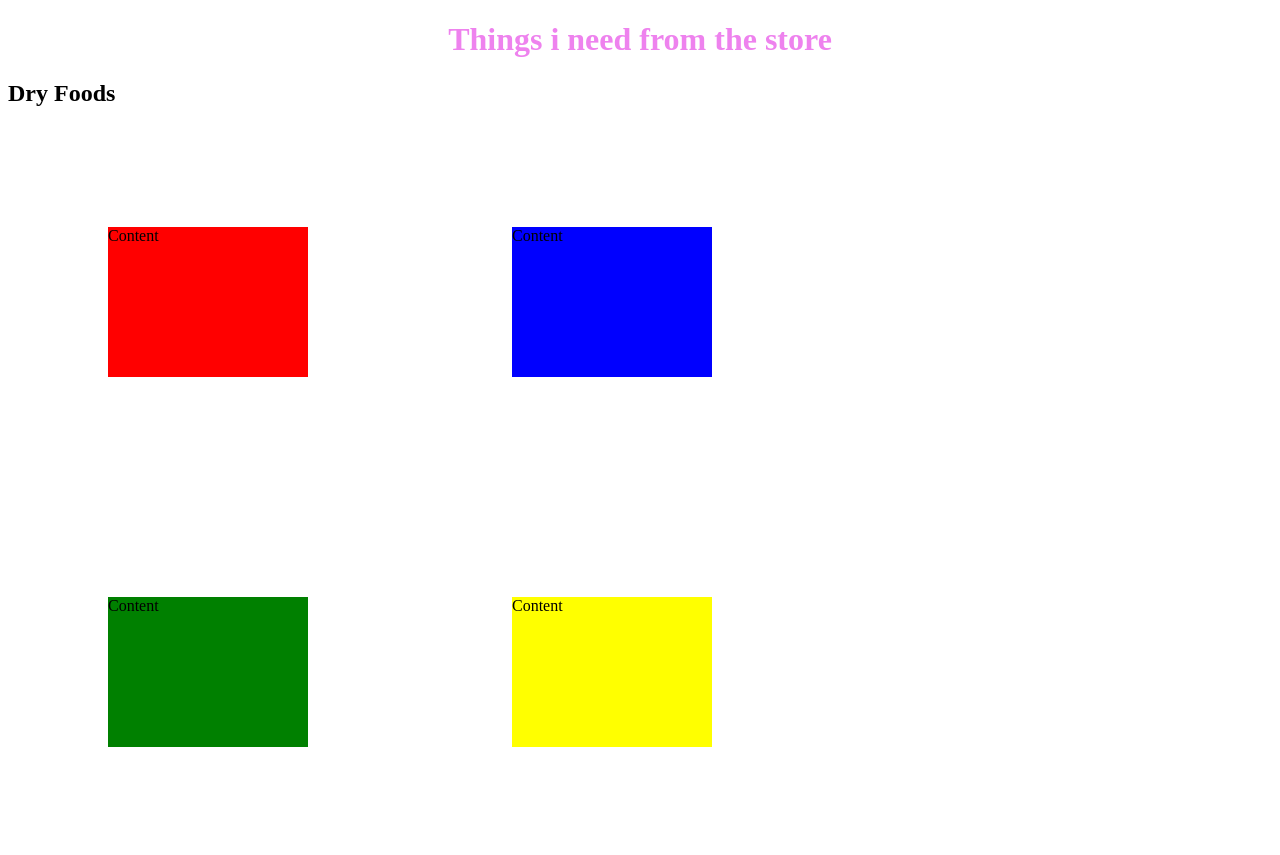
Repository: TheTroyPhillips/Block14
Page: Coursework/Block06/index.html
The author's editor kept a copy of each file at every save. The page is drawn from the files as they stood at one save, then again after a run of saves.
The browser window is 1280 px wide. The pictures show the whole page.

Above is the page before, as saved 2023-08-29 17:26:09.

After the next 7 saves:
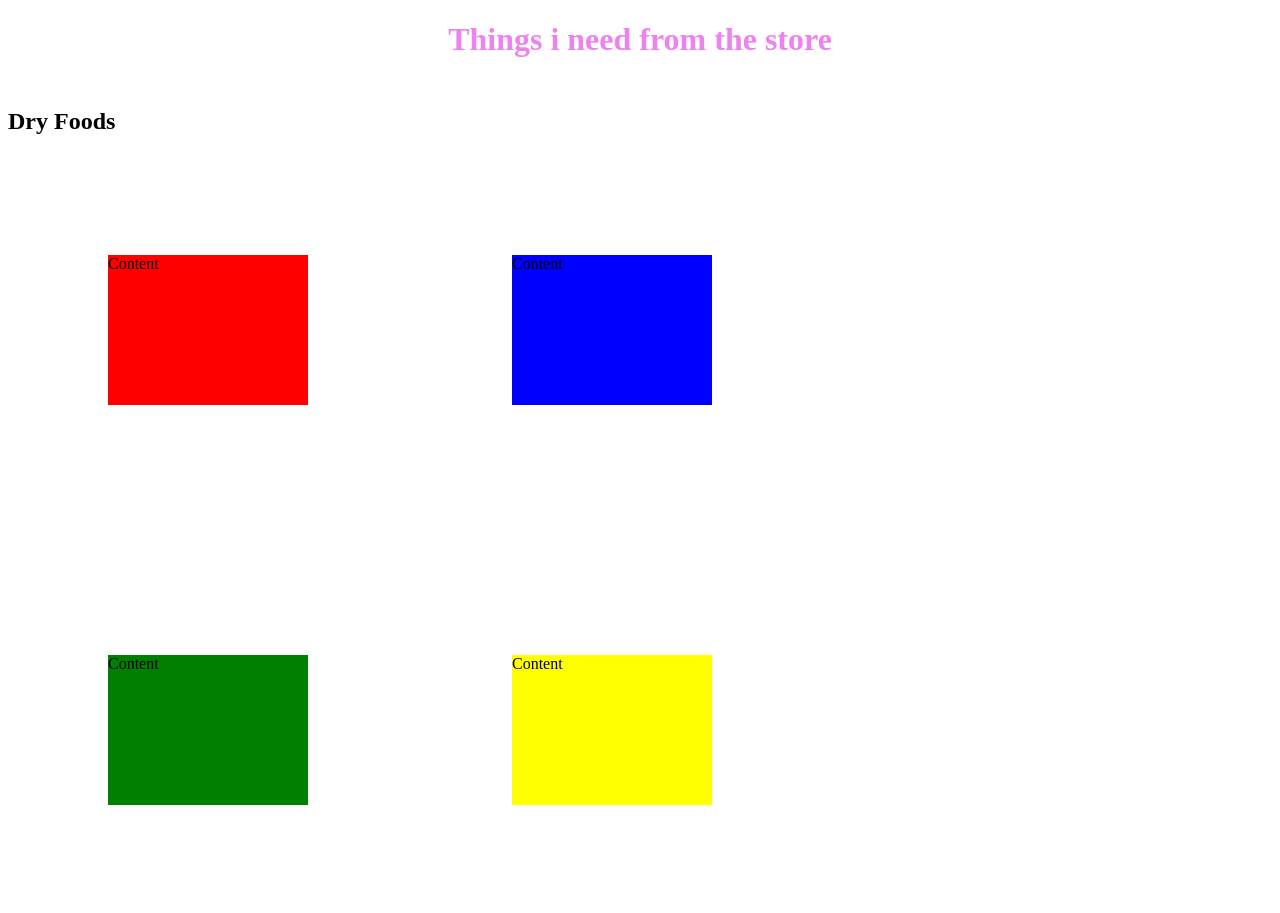
The 7 saves are shown as one change because they came seconds apart.
The last was saved 20 s later.
--- a/Coursework/Block06/styles.css
+++ b/Coursework/Block06/styles.css
@@ -2,7 +2,9 @@
     color: violet;
     text-align: center;
 }
-
+h2 {
+    margin-top: 50px;
+}
 .Box{
     width: 200px;
     height:150px;

After the save that followed:
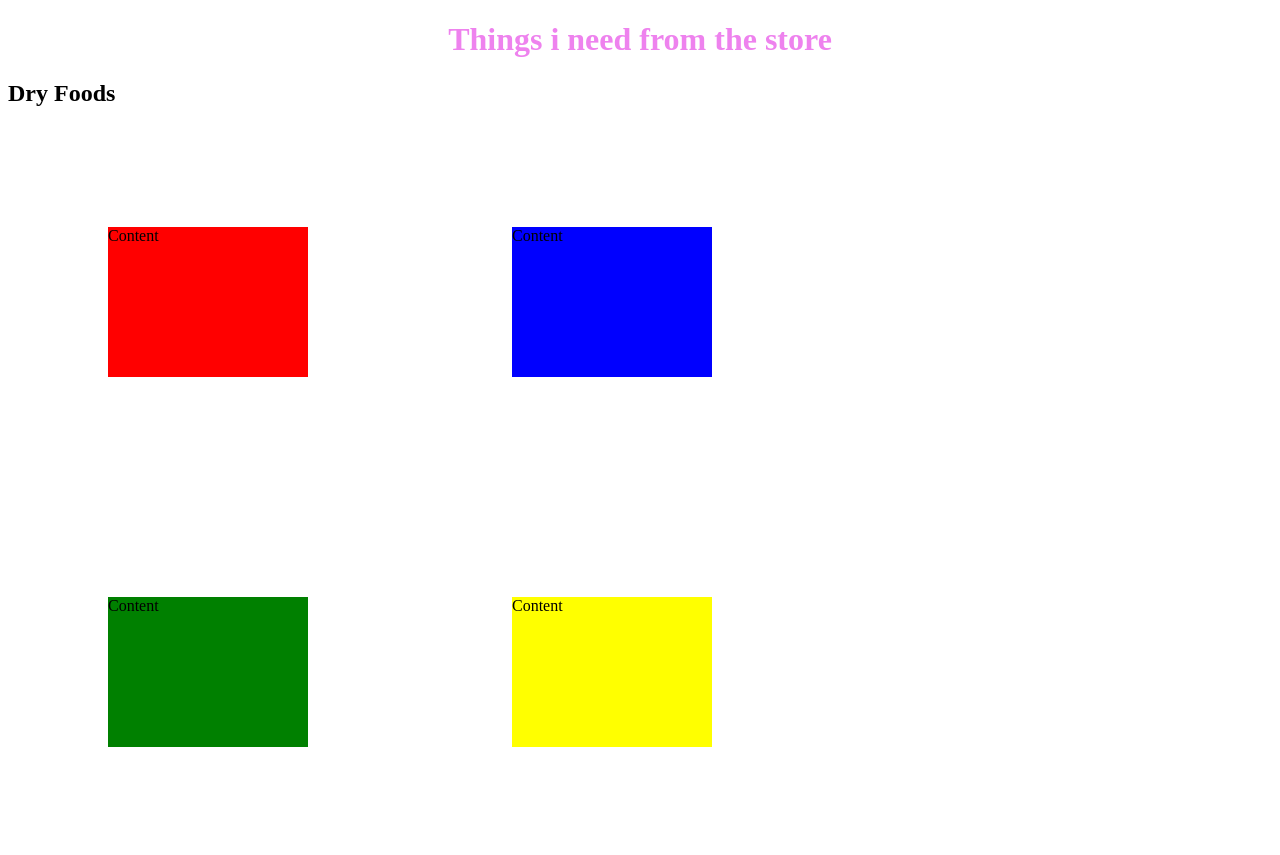
Saved 4 s later.
--- a/Coursework/Block06/styles.css
+++ b/Coursework/Block06/styles.css
@@ -3,7 +3,7 @@
     text-align: center;
 }
 h2 {
-    margin-top: 50px;
+    margin-top: ;
 }
 .Box{
     width: 200px;
